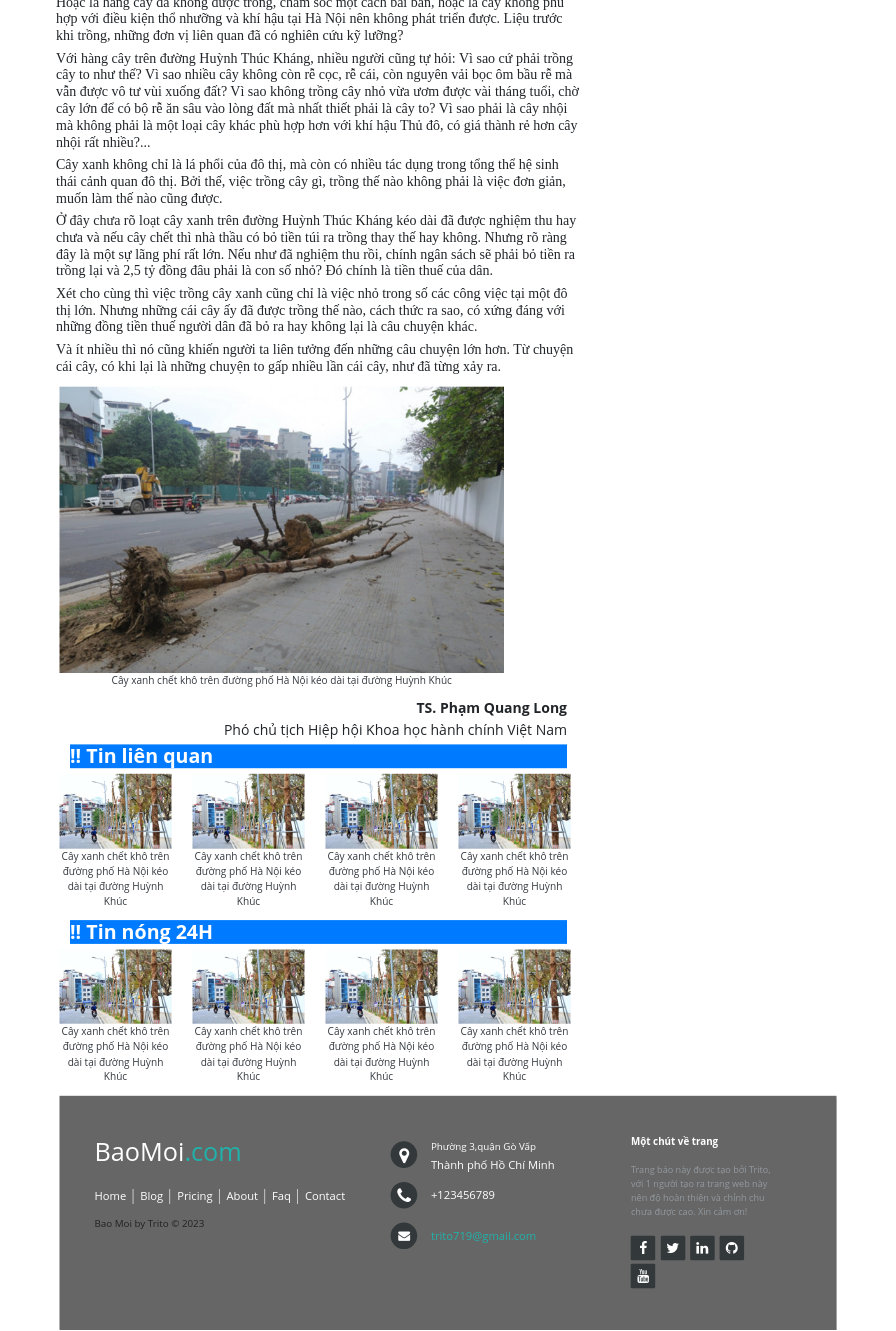
Repository: TRITO719/18_TrinhQuocToan_20081631
Page: So37/html/caykho.html
The author's editor kept a copy of each file at every save. The page is drawn from the files as they stood at one save, then again after the next save.
The browser window is 1280 px wide. The pictures show the part of the page from y = 1788 to 3708 px (the page is 3689 px tall before and 3708 px after), at 70% of full size.

Above is the page before, as saved 2023-04-22 13:06:44.

### So37/html/caykho.html
<!DOCTYPE html>
<html lang="en">
<head>
    <meta charset="UTF-8">
    <meta http-equiv="X-UA-Compatible" content="IE=edge">
    <meta name="viewport" content="width=device-width, initial-scale=1.0">
    <title>Document</title>
    <link rel="stylesheet" href="../css/bootstrap.min.css">
    <script src="../js/jquery-3.6.4.min.js"></script>
    <script src="../js/bootstrap.min.js"></script>
    <link rel="stylesheet" href="../css/style.css">
    <link rel="stylesheet" href="https://cdnjs.cloudflare.com/ajax/libs/font-awesome/4.7.0/css/font-awesome.min.css">
</head>
<body>
    <!--Tao thuong hieu va menu-->
    <div class="container">
        <!--Nhan-->
        <a  href="">
            <img class="navbar-brand-item mx-auto d-block" src="../img/Capture.PNG" alt="">
        </a>
        <!--Menu-->
        <nav class="navbar navbar-expand-lg  navbar-light bg-light sticky-top">
            <div class="navbar-collapse collapse show" id="navbar">
                <ul class="navbar-nav">
                    <!--Trang chu-->
                    <li class="nav-item dropdown">
                        <a class="nav-link dropdown-toggle" id="trangchu" data-toggle="dropdown" aria-haspopup="true" aria-expanded="false" href="#">Trang chủ</a>
                        <div class="dropdown-menu" aria-labelledby="trangchu">
                            <a class="dropdown-item" href="#">Trang chính</a>
                            <a class="dropdown-item" href="#">Trang mua sắm</a>
                            <a class="dropdown-item" href="#">Trang giới thiệu</a>
                        </div>
                    </li>

                        <li class="nav-item dropdown">
                            <a class="nav-link dropdown-toggle" href="#" id="thoisuDropdown" role="button" data-toggle="dropdown" aria-haspopup="true" aria-expanded="false">Thời sự
                            </a>
                            <div class="dropdown-menu" aria-labelledby="thoisuDropdown">
                                <a class="dropdown-item" href="#">Tin nóng</a>
                                <a class="dropdown-item" href="#">Tin mới</a>
                                <a class="dropdown-item" href="#">Tin trong ngày</a>
                                <a class="dropdown-item" href="#">Tin trong tuần</a>
                                <a class="dropdown-item" href="#">Tin chính trị</a>
                                <a class="dropdown-item" href="#">Tin kinh tế</a>
                                <a class="dropdown-item" href="#">Tin giáo dục </a>
                                <a class="dropdown-item" href="#">Tin quân sự</a>
                            </div>
                        </li>
                        <li class="nav-item dropdown">
                            <a class="nav-link dropdown-toggle" href="#" id="thoisuDropdown" role="button" data-toggle="dropdown" aria-haspopup="true" aria-expanded="false">Thế giới
                            </a>
                            <div class="dropdown-menu" aria-labelledby="thoisuDropdown">
                                <a class="dropdown-item" href="#">Tin nóng</a>
                                <a class="dropdown-item" href="#">Tin mới</a>
                                <a class="dropdown-item" href="#">Tin trong ngày</a>
                                <a class="dropdown-item" href="#">Tin trong tuần</a>
                                <a class="dropdown-item" href="#">Tin chính trị</a>
                                <a class="dropdown-item" href="#">Tin kinh tế</a>
                                <a class="dropdown-item" href="#">Tin giáo dục </a>
                                <a class="dropdown-item" href="#">Tin quân sự</a>
                            </div>
                        </li>
                        <li class="nav-item ">
                            <a class="nav-link" href="">Video</a>

                        </li>
                        <li class="nav-item ">
                            <a class="nav-link" href="">Chủ đề</a>

                        </li>

                        <div class="col ml-auto">
                            <form class="d-flex">
                                <input class="form-control me-2" type="search" placeholder="Tìm kiếm" aria-label="Search">
                                <button class="btn btn-outline-success" type="submit">Tìm kiếm</button>
                            </form>

                        </div>

                </ul>

            </div>

        </nav>
        <div class="row text-center " style="font-family:'Times', 'Gill Sans MT', Calibri, 'Trebuchet MS', sans-serif">
            <h1>Cây xanh chết khô trên đường phố Hà Nội kéo dài tại đường Huỳnh Khúc</h1>
            <p class="text-muted" >04/04/2023</p>
            <h5 class="font-weight-bold">Sáng 3/4, nhiều cây nhội chết khô có đường kính thân 20-25cm trên vỉa hè dọc đường Huỳnh Thúc Kháng kéo dài (Hà Nội) đã được nhổ lên.</h5>
                <figure>
                    <img src="../img/cay-xanh-chet-kho-tren-duong-huynh-thuc-khang-keo-dai-2-16803995389678631728.jpg" class="d-block w-100 trans" alt="Hình ảnh 1">
                    <figcaption class="figure-caption text-center text-dark ">
                        Cây xanh chết khô trên đường phố Hà Nội kéo dài tại đường Huỳnh Khúc
                    </figcaption>


        </div>
        <div class="row">
            <div class="col-7" style="margin: 10px;padding: 10px; font-family: 'Times New Roman', Times, serif;">
                <h5>Hạng mục cây xanh trên tuyến đường này có trị giá khoảng 2,5 tỷ đồng, do nhà thầu thi công là liên danh Công ty Đường bộ Phú Thọ và Công ty CP Đầu tư DCC Hà Nội thực hiện. Trước mắt, có vài chục cây được xác định đã bị chết.</h5>

            </div>
            <div class="col-4">

            </div>
            <div class="col-sm-7 col-md-7">
                    <figure>
                        <img src="../img/caykho/img-bgt-2021-cay-xanh-1680532614-width1280height824.jpg" class="d-block w-100 trans" alt="Hình ảnh 1">
                        <figcaption class="figure-caption text-center text-dark ">
                            Cây xanh chết khô trên đường phố Hà Nội kéo dài tại đường Huỳnh Khúc
                        </figcaption>
                    </figure>
            </div>
            <div class="col-4">

            </div>
            <div class="col-8" style="font-family:'Times New Roman', Times, serif; margin: 5px; padding: 5px;">
                <h5>
                    Nguyên nhân khiến cây xanh chết khô hoặc có dấu hiệu sinh trưởng thấp được những người có trách nhiệm cho rằng “do thổ nhưỡng bị thay đổi đột ngột”.
                </h5>
                <h5>
                    Đường Huỳnh Thúc Kháng kéo dài có chiều dài khoảng 1,3km, vừa được thông xe vào ngày 17/1, có tổng mức đầu tư hơn 340 tỷ đồng do quận Đống Đa làm chủ đầu tư. Hàng cây xanh 2 bên đường với số lượng 264 cây được đầu tư đồng bộ cùng các hạng mục khác của con đường.
                </h5>
                <h5>
                    Tuy nhiên, đã nhiều tháng trôi qua, hàng cây không lên xanh mà bị khô héo. Nhiều cây chết đã lâu nên lớp vỏ bị bong tróc, gây mất cảnh quan đô thị và tiềm ẩn nguy cơ gãy, đổ, đe dọa người tham gia giao thông.
                </h5>
                <h5>
                    Còn nhớ, vào năm 2020, sau gần 3 năm trồng, những cây phong trên đường Trần Duy Hưng - Nguyễn Chí Thanh, Hà Nội cũng rơi vào tình trạng trơ trụi lá, nhiều cây bị chết khô. Tuyến đường này vốn được kỳ vọng sẽ trở thành một trong những con đường đẹp, lãng mạn nhất Thủ đô lúc bấy giờ…
                </h5>
                <h5>
                    Nhìn những cây nhội bị đốn hạ trên đường Huỳnh Thúc Kháng để chuẩn bị thay thế cây mới, nhiều người không khỏi xót xa. Dù lý do được đưa ra là “thổ nhưỡng thay đổi đột ngột” để lý giải cho hiện tượng cây chết, song cũng không loại trừ những yếu tố khác.
                </h5>
                <h5>
                    Hoặc là hàng cây đã không được trồng, chăm sóc một cách bài bản, hoặc là cây không phù hợp với điều kiện thổ nhưỡng và khí hậu tại Hà Nội nên không phát triển được. Liệu trước khi trồng, những đơn vị liên quan đã có nghiên cứu kỹ lưỡng?
                </h5>

                <h5>
                    Với hàng cây trên đường Huỳnh Thúc Kháng, nhiều người cũng tự hỏi: Vì sao cứ phải trồng cây to như thế? Vì sao nhiều cây không còn rễ cọc, rễ cái, còn nguyên vải bọc ôm bầu rễ mà vẫn được vô tư vùi xuống đất? Vì sao không trồng cây nhỏ vừa ươm được vài tháng tuổi, chờ cây lớn để có bộ rễ ăn sâu vào lòng đất mà nhất thiết phải là cây to? Vì sao phải là cây nhội mà không phải là một loại cây khác phù hợp hơn với khí hậu Thủ đô, có giá thành rẻ hơn cây nhội rất nhiều?...
                </h5>
                <h5>
                    Cây xanh không chỉ là lá phổi của đô thị, mà còn có nhiều tác dụng trong tổng thể hệ sinh thái cảnh quan đô thị. Bởi thế, việc trồng cây gì, trồng thế nào không phải là việc đơn giản, muốn làm thế nào cũng được.
                </h5>
                <h5>
                    Ở đây chưa rõ loạt cây xanh trên đường Huỳnh Thúc Kháng kéo dài đã được nghiệm thu hay chưa và nếu cây chết thì nhà thầu có bỏ tiền túi ra trồng thay thế hay không. Nhưng rõ ràng đây là một sự lãng phí rất lớn. Nếu như đã nghiệm thu rồi, chính ngân sách sẽ phải bỏ tiền ra trồng lại và 2,5 tỷ đồng đâu phải là con số nhỏ? Đó chính là tiền thuế của dân.
                </h5>
                <h5>
                    Xét cho cùng thì việc trồng cây xanh cũng chỉ là việc nhỏ trong số các công việc tại một đô thị lớn. Nhưng những cái cây ấy đã được trồng thế nào, cách thức ra sao, có xứng đáng với những đồng tiền thuế người dân đã bỏ ra hay không lại là câu chuyện khác.

                </h5>
                <h5>
                    Và ít nhiều thì nó cũng khiến người ta liên tưởng đến những câu chuyện lớn hơn. Từ chuyện cái cây, có khi lại là những chuyện to gấp nhiều lần cái cây, như đã từng xảy ra.
                </h5>
            </div>
            <div class="col-sm-7 col-md-7">
                <figure>
                    <img src="../img/caykho/img-bgt-2021-cay-xanh-1680532614-width1280height824.jpg" class="d-block w-100 trans" alt="Hình ảnh 1">
                    <figcaption class="figure-caption text-center text-dark ">
                        Cây xanh chết khô trên đường phố Hà Nội kéo dài tại đường Huỳnh Khúc
                    </figcaption>
                </figure>
        </div>
        <div class="col-4">

        </div>
        <div class="col-8">

        </div>


        </div>
        <div class="col-8">
            <div class="text-right">
                <h5 class="font-weight-bold">
                    TS. Phạm Quang Long
                </h5>
                <h5>
                    Phó chủ tịch Hiệp hội Khoa học hành chính Việt Nam
                </h5>

            </div>
            <div>
                <h3 class="text-white font-weight-bold bg-primary">!! Tin liên quan</h3>
            </div>
        </div>
        <div class="row">
            <div class="col-sm-2 col-md-2">
                <a href="">
                    <figure>
                        <img src="../img/cay-xanh-chet-kho-tren-duong-huynh-thuc-khang-keo-dai-2-16803995389678631728.jpg" class="d-block w-100 trans" alt="Hình ảnh 1">
                        <figcaption class="figure-caption text-center text-dark ">
                            Cây xanh chết khô trên đường phố Hà Nội kéo dài tại đường Huỳnh Khúc
                        </figcaption>
                </a>

            </div>
            <div class="col-sm-2 col-md-2">
                <a href="">
                    <figure>
                        <img src="../img/cay-xanh-chet-kho-tren-duong-huynh-thuc-khang-keo-dai-2-16803995389678631728.jpg" class="d-block w-100 trans" alt="Hình ảnh 1">
                        <figcaption class="figure-caption text-center text-dark ">
                            Cây xanh chết khô trên đường phố Hà Nội kéo dài tại đường Huỳnh Khúc
                        </figcaption>
                </a>

            </div>
            <div class="col-sm-2 col-md-2">
                <a href="">
                    <figure>
                        <img src="../img/cay-xanh-chet-kho-tren-duong-huynh-thuc-khang-keo-dai-2-16803995389678631728.jpg" class="d-block w-100 trans" alt="Hình ảnh 1">
                        <figcaption class="figure-caption text-center text-dark ">
                            Cây xanh chết khô trên đường phố Hà Nội kéo dài tại đường Huỳnh Khúc
                        </figcaption>
                </a>

            </div>
            <div class="col-sm-2 col-md-2">
                <a href="">
                    <figure>
                        <img src="../img/cay-xanh-chet-kho-tren-duong-huynh-thuc-khang-keo-dai-2-16803995389678631728.jpg" class="d-block w-100 trans" alt="Hình ảnh 1">
                        <figcaption class="figure-caption text-center text-dark ">
                            Cây xanh chết khô trên đường phố Hà Nội kéo dài tại đường Huỳnh Khúc
                        </figcaption>
                </a>

            </div>

        </div>
        <div class="col-sm-8 col-md-8">
            <div>
                <h3 class="text-white font-weight-bold bg-primary">!! Tin nóng 24H</h3>
            </div>

        </div>
        <div class="row">
            <div class="col-sm-2 col-md-2">
                <a href="">
                    <figure>
                        <img src="../img/cay-xanh-chet-kho-tren-duong-huynh-thuc-khang-keo-dai-2-16803995389678631728.jpg" class="d-block w-100 trans" alt="Hình ảnh 1">
                        <figcaption class="figure-caption text-center text-dark ">
                            Cây xanh chết khô trên đường phố Hà Nội kéo dài tại đường Huỳnh Khúc
                        </figcaption>
                </a>

            </div>
            <div class="col-sm-2 col-md-2">
                <a href="">
                    <figure>
                        <img src="../img/cay-xanh-chet-kho-tren-duong-huynh-thuc-khang-keo-dai-2-16803995389678631728.jpg" class="d-block w-100 trans" alt="Hình ảnh 1">
                        <figcaption class="figure-caption text-center text-dark ">
                            Cây xanh chết khô trên đường phố Hà Nội kéo dài tại đường Huỳnh Khúc
                        </figcaption>
                </a>

            </div>
            <div class="col-sm-2 col-md-2">
                <a href="">
                    <figure>
                        <img src="../img/cay-xanh-chet-kho-tren-duong-huynh-thuc-khang-keo-dai-2-16803995389678631728.jpg" class="d-block w-100 trans" alt="Hình ảnh 1">
                        <figcaption class="figure-caption text-center text-dark ">
                            Cây xanh chết khô trên đường phố Hà Nội kéo dài tại đường Huỳnh Khúc
                        </figcaption>
                </a>

            </div>
            <div class="col-sm-2 col-md-2">
                <a href="">
                    <figure>
                        <img src="../img/cay-xanh-chet-kho-tren-duong-huynh-thuc-khang-keo-dai-2-16803995389678631728.jpg" class="d-block w-100 trans" alt="Hình ảnh 1">
                        <figcaption class="figure-caption text-center text-dark ">
                            Cây xanh chết khô trên đường phố Hà Nội kéo dài tại đường Huỳnh Khúc
                        </figcaption>
                </a>

            </div>

        </div>
        <footer class="footer-distributed">

            <div class="footer-left">

                <h3>BaoMoi<span>.com</span></h3>

                <p class="footer-links">
                    <a href="#" class="link-1">Home</a>

                    <a href="#">Blog</a>

                    <a href="#">Pricing</a>

                    <a href="#">About</a>

                    <a href="#">Faq</a>

                    <a href="#">Contact</a>
                </p>

                <p class="footer-company-name">Bao Moi by Trito © 2023</p>
            </div>

            <div class="footer-center">

                <div>
                    <i class="fa fa-map-marker"></i>
                    <p><span>Phường 3,quận Gò Vấp</span> Thành phố Hồ Chí Minh</p>
                </div>

                <div>
                    <i class="fa fa-phone"></i>
                    <p>+123456789</p>
                </div>

                <div>
                    <i class="fa fa-envelope"></i>
                    <p><a href="trito719@gmail.com">trito719@gmail.com</a></p>
                </div>

            </div>

            <div class="footer-right">

                <p class="footer-company-about">
                    <span>Một chút về trang</span>
                    Trang báo này được tạo bởi Trito, với 1 người tạo ra trang web này nên độ hoàn thiện và chỉnh chu chưa được cao. Xin cảm ơn!
                </p>

                <div class="footer-icons">

                    <a href="https://www.facebook.com/" ><i class="fa fa-facebook"></i></a>
                    <a href="https://twitter.com/home"><i class="fa fa-twitter"></i></a>
                    <a href="https://www.linkedin.com/"><i class="fa fa-linkedin"></i></a>
                    <a href="https://github.com/"><i class="fa fa-github"></i></a>
                    <a href="https://www.youtube.com/watch?v=dQw4w9WgXcQ"><i class="fa fa-youtube"></i></a>


                </div>

            </div>

        </footer>

    </div>


</body>

### So37/css/style.css
.trans:hover{
    transform: scale(1.05);
    box-shadow: 0 0 10px rgba(0, 0, 0, 0.5);
    transition: transform 0.5s ease-in-out, box-shadow 0.5s ease-in-out;
}
.row1{
    padding: 10px;
    margin: 10px;
}
#text1{
    font-family: 'Trebuchet MS', 'Lucida Sans Unicode', 'Lucida Grande', 'Lucida Sans', Arial, sans-serif;
}
@import url(https://fonts.googleapis.com/css?family=Open+Sans:400,500,300,700);
* {
    font-family: Open Sans;
  }

  section {
    width: 100%;
    display: inline-block;
    background: #333;
    height: 50vh;
    text-align: center;
    font-size: 22px;
    font-weight: 700;
    text-decoration: underline;
  }

  .footer-distributed{
      background: #666;
      box-shadow: 0 1px 1px 0 rgba(0, 0, 0, 0.12);
      box-sizing: border-box;
      width: 100%;
      text-align: left;
      font: bold 16px sans-serif;
      padding: 55px 50px;
  }

  .footer-distributed .footer-left,
  .footer-distributed .footer-center,
  .footer-distributed .footer-right{
      display: inline-block;
      vertical-align: top;
  }

  /* Footer left */

  .footer-distributed .footer-left{
      width: 40%;
  }

  /* The company logo */

  .footer-distributed h3{
      color:  #ffffff;
      font: normal 36px 'Open Sans', cursive;
      margin: 0;
  }

  .footer-distributed h3 span{
      color:  lightseagreen;
  }

  /* Footer links */

  .footer-distributed .footer-links{
      color:  #ffffff;
      margin: 20px 0 12px;
      padding: 0;
  }

  .footer-distributed .footer-links a{
      display:inline-block;
      line-height: 1.8;
    font-weight:400;
      text-decoration: none;
      color:  inherit;
  }

  .footer-distributed .footer-company-name{
      color:  #222;
      font-size: 14px;
      font-weight: normal;
      margin: 0;
  }

  /* Footer Center */

  .footer-distributed .footer-center{
      width: 35%;
  }

  .footer-distributed .footer-center i{
      background-color:  #33383b;
      color: #ffffff;
      font-size: 25px;
      width: 38px;
      height: 38px;
      border-radius: 50%;
      text-align: center;
      line-height: 42px;
      margin: 10px 15px;
      vertical-align: middle;
  }

  .footer-distributed .footer-center i.fa-envelope{
      font-size: 17px;
      line-height: 38px;
  }

  .footer-distributed .footer-center p{
      display: inline-block;
      color: #ffffff;
    font-weight:400;
      vertical-align: middle;
      margin:0;
  }

  .footer-distributed .footer-center p span{
      display:block;
      font-weight: normal;
      font-size:14px;
      line-height:2;
  }

  .footer-distributed .footer-center p a{
      color:  lightseagreen;
      text-decoration: none;;
  }

  .footer-distributed .footer-links a:before {
    content: "|";
    font-weight:300;
    font-size: 20px;
    left: 0;
    color: #fff;
    display: inline-block;
    padding-right: 5px;
  }

  .footer-distributed .footer-links .link-1:before {
    content: none;
  }

  /* Footer Right */

  .footer-distributed .footer-right{
      width: 20%;
  }

  .footer-distributed .footer-company-about{
      line-height: 20px;
      color:  #92999f;
      font-size: 13px;
      font-weight: normal;
      margin: 0;
  }

  .footer-distributed .footer-company-about span{
      display: block;
      color:  #ffffff;
      font-size: 14px;
      font-weight: bold;
      margin-bottom: 20px;
  }

  .footer-distributed .footer-icons{
      margin-top: 25px;
  }

  .footer-distributed .footer-icons a{
      display: inline-block;
      width: 35px;
      height: 35px;
      cursor: pointer;
      background-color:  #33383b;
      border-radius: 2px;

      font-size: 20px;
      color: #ffffff;
      text-align: center;
      line-height: 35px;

      margin-right: 3px;
      margin-bottom: 5px;
  }

  /* If you don't want the footer to be responsive, remove these media queries */

  @media (max-width: 880px) {

      .footer-distributed{
          font: bold 14px sans-serif;
      }

      .footer-distributed .footer-left,
      .footer-distributed .footer-center,
      .footer-distributed .footer-right{
          display: block;
          width: 100%;
          margin-bottom: 40px;
          text-align: center;
      }

      .footer-distributed .footer-center i{
          margin-left: 0;
      }

  }

Loaded but not shown: So37/css/bootstrap.min.css (library); So37/js/jquery-3.6.4.min.js (library); So37/js/bootstrap.min.js (library)

After the next save:
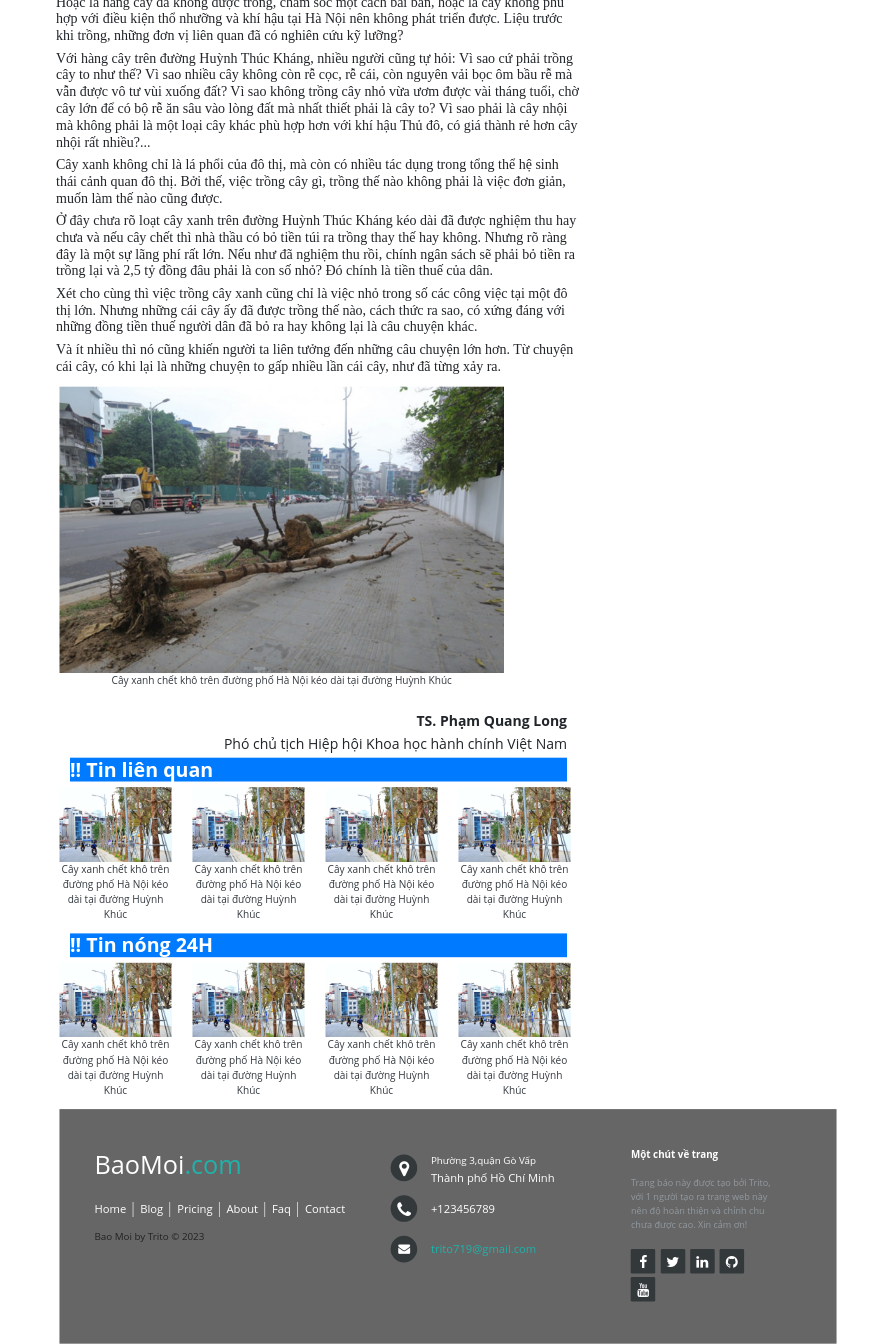
Saved 24 s later.
--- a/So37/html/caykho.html
+++ b/So37/html/caykho.html
@@ -161,7 +161,8 @@
         <div class="col-4">
 
         </div>
-        <div class="col-8">
+        <div class="col-8" style="font-family:'Times New Roman', Times, serif; margin: 5px; padding: 5px;">
+
 
         </div>
 
